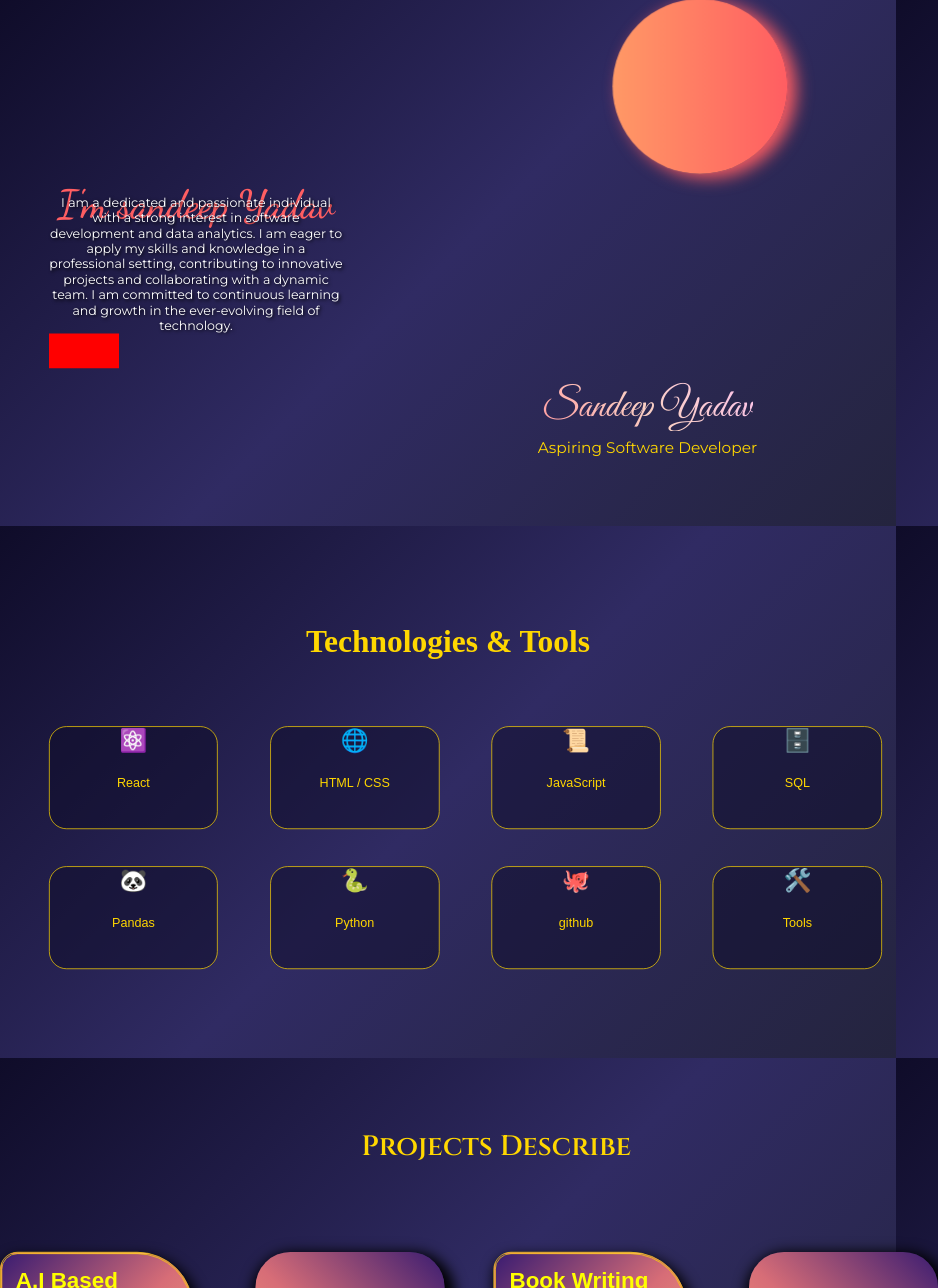
Repository: SandeepYadav18717/Sandeep_portfolio
Page: /
The author's editor kept a copy of each file at every save. The page is drawn from the files as they stood at one save, then again after a run of saves.
The browser window is 1280 px wide. The page is 1340 px wide, so the pictures cover 1340 px, including what lies to the right of the window. The pictures show the part of the page from y = 768 to 2608 px (the page is 3840 px tall before and 3790 px after), at 70% of full size.
The project was rebuilt for these pictures with package versions that can differ from the ones it lists, and the page was loaded fresh each time. Also part of the build but not shown: vite.config.js, src/index.css.

Above is the page before, as saved 2025-09-02 02:10:01.

### index.html
<<<<<<< HEAD
 <!DOCTYPE html>
<html lang="en">
<head>
    <meta charset="UTF-8">
    <meta name="viewport" content="width=device-width, initial-scale=1.0">
    <title>Portfolio - Sandeep Yadav</title>
    <style>
        body {
            margin: 0;
            font-family: 'Arial', sans-serif;
            background-color: #ffffff;
            color: #333333;
            height: 100vh;
            display: flex;
            flex-direction: column;
            justify-content: space-between;
        }

        .container {
            max-width: 1200px;
            margin: 0 auto;
            padding: 20px;
            flex: 1;
        }

        .navbar {
            display: flex;
            justify-content: space-between;
            align-items: center;
            padding: 20px;
            background-color: #f8f8f8;
            box-shadow: 0 4px 8px rgba(0, 0, 0, 0.1);
            animation: slideIn 1s ease-out;
        }

        .navbar ul {
            list-style: none;
            display: flex;
            gap: 20px;
        }

        .navbar ul li {
            display: inline;
        }

        .navbar ul li a {
            color: #333333;
            text-decoration: none;
            font-weight: bold;
            transition: color 0.3s;
        }

        .navbar ul li a:hover {
            color: #007bff;
        }

        .hero {
            text-align: center;
            padding: 100px 20px;
            background: linear-gradient(135deg, #f8f8f8, #ffffff);
            animation: fadeIn 2s ease-in-out;
            flex: 1;
        }

        .hero h1 {
            font-size: 3em;
            margin: 0;
            color: #007bff;
            animation: bounceIn 1.5s ease-in-out;
        }

        .hero p {
            font-size: 1.2em;
            margin: 20px 0;
            color: #333333;
            animation: fadeIn 2s ease-in-out;
        }

        .hero a {
            display: inline-block;
            padding: 10px 20px;
            color: #ffffff;
            background-color: #007bff;
            text-decoration: none;
            border-radius: 5px;
            transition: background-color 0.3s;
            animation: fadeIn 2s ease-in-out;
        }

        .hero a:hover {
            background-color: #0056b3;
        }

        .footer {
            text-align: center;
            padding: 20px;
            background-color: #f8f8f8;
            animation: slideIn 1s ease-out;
        }

        .footer a {
            color: #007bff;
            text-decoration: none;
        }

        @keyframes slideIn {
            from {
                transform: translateY(-100%);
                opacity: 0;
            }
            to {
                transform: translateY(0);
                opacity: 1;
            }
        }

        @keyframes fadeIn {
            from {
                opacity: 0;
            }
            to {
                opacity: 1;
            }
        }

        @keyframes bounceIn {
            0%, 20%, 40%, 60%, 80%, 100% {
                transform: translateY(0);
            }
            50% {
                transform: translateY(-20px);
            }
        }
    </style>
</head>
<body>
    <div class="container">
        <nav class="navbar">
            <div class="logo">
                <h1>Portfolio</h1>
            </div>
            <ul>
                <li><a href="index.html">Home</a></li>
                <li><a href="about sandeep.html">About</a></li>
                <li><a href="Sandeep port experience.html">Skills</a></li>
                <li><a href="Sandeep port certifications.html">Certificates</a></li>
            </ul>
        </nav>

        <section class="hero" id="home">
            <h1>Hello! I Am Sandeep Yadav</h1>
            <p>Welcome to my portfolio. Explore my work and skills.</p>

        </section>

        <footer class="footer">
            <p>Connect with me on <a href="https://instagram.com/sandeepyadav782707?utm_source=qr&igshid=ZDc4ODBmNjlmNQ%3D%3D">Instagram</a> and <a href="https://www.linkedin.com/in/sandeep-yadav-0b6357210">LinkedIn</a></p>
        </footer>
    </div>
</body>
</html>
=======
<!doctype html>
<html lang="en">
  <head>
    <meta charset="UTF-8" />
    <link rel="icon" type="image/svg+xml" href="/vite.svg" />
    <meta name="viewport" content="width=device-width, initial-scale=1.0" />
    <title>Vite + React</title>
  </head>
  <body>
    <div id="root"></div>
    <script type="module" src="/src/main.jsx"></script>
  </body>
</html>
>>>>>>> 4fd1c6c (Initial upload of React portfolio project)

### src/App.jsx
import { useEffect } from "react";
import Navbar from "./navbar/Navbar";
import Index from "./Pages/Index";
import Skills from "./Pages/Skills";
import Cards from "./Cards/Cards";
import Contact from "./Contact/contact";
import "./App.css";

function App() {
  useEffect(() => {
    const observer = new IntersectionObserver(
      (entries) => {
        entries.forEach((entry) => {
          if (entry.isIntersecting) {
            entry.target.classList.add("visible");
          } else {
            entry.target.classList.remove("visible");
          }
        });
      },
      { threshold: 0.2 } // 20% section visible hote hi trigger
    );

    document.querySelectorAll(".section").forEach((sec) => {
      observer.observe(sec);
    });

    return () => observer.disconnect();
  }, []);

  return (
    <>
      <Navbar />
      <section id="home" className="section"><Index /></section>
      <section id="skills" className="section"><Skills /></section>
      <section id="projects" className="section"><Cards /></section>
      <section id="contact" className="section"><Contact /></section>
    </>
  );
}

export default App;

### src/Navbar/Navbar.jsx
import "./Navabr.css";



import { useState,useEffect } from 'react'
function Navbar() {
  const [loaded, setLoaded] = useState(false);

  useEffect(() => {
    // Trigger animation when component mounts
    setLoaded(true);
  }, []);
  function About(){
    location.href = 'Home.jsx';
    console.log("clickedded");
  }
  function Project(){
    location.href = 'Cards.jsx';
    console.log("clicked");
  }

    return (
        <div id="container">
       <a href="#home" className="nav-item">Home</a>
        <a href="#skills" className="nav-item">Skills</a>
        <a href="#projects" className="nav-item">Projects</a>
        <a href="#contact" className="nav-item">Contact</a>
        </div>
    )
}

export default Navbar;

### src/Pages/Index.jsx

import "./Home.css";

function Home() {
  return (
    <>

     <div id="detail">
     <div id="overlay">I'm sandeep Yadav</div>
     <div id="bg-Photo"></div>
     <div id="intro">
          I am a dedicated and passionate individual with a strong interest in
          software development and data analytics. I am eager to apply my skills
          and knowledge in a professional setting, contributing to innovative
          projects and collaborating with a dynamic team. I am committed to
          continuous learning and growth in the ever-evolving field of
          technology.
      <div id="Linkdin">
        <div id="Linkdin">
          <div id="Linkdin">
        </div></div></div></div>


   <div id="name">
          Sandeep Yadav
        </div>
   <div id="role">
          Aspiring Software Developer
        </div>

     </div>
     <br/><br/><br/><br/><br/>
    </>
  );
}

export default Home;

### src/Pages/Skills.jsx
import { Card } from "../Cards/Cards"
import "./Skills.css"


function Skills() {
  return (
    <>
      <h1> Technologies & Tools</h1>
      <div id="card-skill">
        <Card
          className="card-skill-1"
          title={<h3>⚛️</h3>}
          description="React"
        />
        <Card
          className="card-skill-2"
          title={<h3>🌐</h3>}
          description="HTML / CSS"
        />
        <Card
          className="card-skill-3"
          title={<h3>📜</h3>}
          description="JavaScript"
        />
        <Card
          className="card-skill-4"
          title={<h3>🗄️</h3>}
          description="SQL"
        />
      </div>

      {/* another div line 2 */}
      <div id="card-skill">
        <Card
          className="card-skill-1"
          title={<h3>🐼</h3>}
          description="Pandas"
        />
        <Card
          className="card-skill-2"
          title={<h3>🐍</h3>}
          description="Python"
        />
        <Card
          className="card-skill-3"
          title={<h3>🐙</h3>}
          description="github"
        />
        <Card
          className="card-skill-4"
          title={<h3>🛠️</h3>}
          description="Tools"
        />
      </div>
    </>
  )
}

export default Skills;

### src/Cards/Cards.jsx
import "./Card.css";

function Card(props) {
  return (
    <div className={props.className}>
       {/* //<div className="card-1"> </div> */}
      <div className={props.backClass}>
        {/* //<div className="Back"> </div> */}
        <h3>{props.title}{props.icon}</h3>
          {/* title="Machine Learning Project" */}
        <p>{props.description}</p>
      </div>
    </div>
  );
}

function Cards() {
  return (
    <div>
    <text

        style={{

          color: "#FFD700",
        fontFamily: 'Cinzel',
          textAlign: "center",
          fontSize: "40px",
          marginTop: "25%",
          marginLeft:"40%"
        }}
      >
        Projects Describe
      </text>

      <div id="card-contain">
        {/* Card-1 */}
        <Card
        className="card-1"
        backClass="Back"
        title="A.I Based Project"
        description="Developed a back-end system using Python and pandas to automatically send
          tailored mass emails to more than 1000 recipients. Developed a user-friendly
          front-end   , CSS, and JavaScript, enabling users to upload
          files and extract over 100 email addresses. Successfully implemented logic to
          dynamically populate email templates, reducing 20% manual effort."
        />

        {/* Card-2 */}
        <Card
          className="card-2"
          backClass="Back-X"
          title="Machine Learning Based"
          description="Created a Supervised Learning model for Behavioral Pattern Recognition to
          effectively arrange and distribute time for more than 15 user tasks. 10% more
          user productivity and time savings were achieved through suggested performance
          enhancements and intelligent time allocation using HTML, CSS, JavaScript, and ML."
        />

        {/* Card-3 */}
        <Card
          className="card-3"
          backClass="Back"
          title="Book Writing Project"
          description="Co-authoring a technical book on Machine Learning (ML) concepts and applications with 1+ one or more faculty members.
 Using real-world examples in Python, I have written and organized more than 5 chapters on the basics of supervised learning techniques, such as linear regression.
"
        />

        {/* Card-4 */}
        <Card
          className="card-4"
          backClass="Back-X"
          title="Behavioral Pattern Recognition"
          description="Created a Supervised Learning model for Behavioral Pattern Recognition to
          effectively..."
        />
      </div>
    </div>
  );
}
export { Card };
export default Cards;

### src/Contact/contact.jsx
import { useState } from "react";
import "./contact.css";

function Contact() {
  const [name, setName] = useState("");
  const [Email, setEmail] = useState("");
  const [phone, setPhone] = useState("");
  function on(event){
    setName(event.target.value)

  }
   function email(event){
    setEmail(event.target.value)

  }
   function Phone(event){
    setPhone(event.target.value)

  }


  return (
    <>
    <div id="heading">Get in <span style={{color:"gold"}}>Touch</span> With Us
</div>
<br />
<div id="value">
      <input
        type="text"
        onChange={on}

        placeholder="Enter your name"
        className="input-box"
      /><br />
      {name}

      <br />

      <input
      className="input-box"
        type="email"
        onChange={email}
        placeholder="Enter your Email"
      /><br />
     Email is: {Email}
<br />
       <input
       className="input-box"
        type="Phone"
        onChange={Phone}

        placeholder="Enter your Phone number"
      />
      <br />
      Mobile No:{phone}
      <br />
    <br />

  <button >submit</button>
    </div>
    </>
  );
}


export default Contact;

### src/App.css
html { scroll-behavior: smooth; }

.section {
  min-height: 100vh;
  opacity: 0;
  transform: translateY(80px);
  transition: all 1.2s ease-in-out;
  transition-delay: 0.3s;
}

.section.visible {
  opacity: 1;
  transform: translateY(0);
}

### src/Navbar/Navabr.css
@import url('https://fonts.googleapis.com/css2?family=Press+Start+2P&display=swap');
html {
  scroll-behavior: smooth;
}
#container {
    height: 70px;
    width: 100%;
    display: flex;
    justify-content: space-evenly;
    align-items: center;
    font-family: 'Press Start 2P', cursive;
    color: #4e3940;
    background-color: transparent;
    transition: all 0.2s ease-in-out;
}
#container

.nav-item {
    padding: 10px 25px;
    border-radius: 10px;


    transition: all 0.4s ease;
}

#container .nav-item:hover {
    text-shadow: 2px 2px 5px whitesmoke;
    box-shadow: 0 10px 20px rgba(0,0,0,0.5);
    transform: translateY(-10px) scale(1.1);
    background-color:  #4e3940;
    color: whitesmoke;
    cursor: pointer;
}

body{
    background: linear-gradient(135deg,black);
    height: 100vh;
}

### src/Pages/Home.css
@import url('https://fonts.googleapis.com/css2?family=Great+Vibes&display=swap');
@import url("https://fonts.googleapis.com/css2?family=Dancing+Script:wght@600&display=swap");

#detail {
  position: relative;
  margin-top: 0%;
  height: auto;
  padding: 50px;
  display: flex;
  flex-direction: column;
  align-items: center;
}

#bg-Photo {
  height: 250px;
  width: 250px;
  background: linear-gradient(to right, #ff9966, #ff5e62);
  border-radius: 50%;
  margin-bottom: 30px;
  margin-left: 100vh;
  box-shadow: 12px 5px 25px #ff5e62;
  animation: photoSlide 1.5s ease forwards;
}

@keyframes photoSlide {
  from {
    transform: translateY(-200%);
    opacity: 0;
  }
  to {
    transform: translateY(0);
    opacity: 1;
  }
}


#name {
  font-family: 'Montserrat', sans-serif;
  font-size: 30px;
  color: white;
  margin-bottom: 10px;
  margin-left: 50%;
  animation: nameSlide 1.5s ease forwards;
}

@keyframes nameSlide {
  from {
    transform: translateX(-100%);
    opacity: 0;
  }
  to {
    transform: translateX(0);
    opacity: 1;
  }
}


#role {
  font-family: 'Montserrat', sans-serif;
  font-size: 22px;
  color: #ffd700;
  margin-bottom: 20px;
  animation: roleSlide 1.5s ease forwards;
  margin-left: 50%;
}

@keyframes roleSlide {
  from {
    transform: translateX(100%);
    opacity: 0;
  }
  to {
    transform: translateX(0);
    opacity: 1;
  }
}


#intro {
  font-family: 'Montserrat', sans-serif;
  font-size: 18px;
  color: white;
  text-align: center;
  margin-right: 100vh;
  max-width: 100vh;
  text-shadow: 2px 2px 5px black;
  animation: introSlide 2s ease forwards;
  opacity: 0;
}

@keyframes introSlide {
  from {
    transform: translateY(200%);
    opacity: 0;
  }
  to {
    transform: translateY(0);
    opacity: 1;
  }
}
#overlay {
  position: absolute;
  color:  #ff5e62;
  top: 40%;
  left: 5%;
  font-size: 400%;
  height: 100%;
}

#name {
  font-family: 'Great Vibes', cursive;
  font-size: 3.5rem;
  text-align: center;
  margin-top: 20px;


  background: linear-gradient(45deg, #ff9a9e, #fad0c4, #fbc2eb);
  background-clip: text;
  -webkit-text-fill-color: transparent;
}
#overlay{
   font-family:  'Dancing Script', cursive;
  font-size: 3.5rem;
  text-align: center;


}
#Linkdin{
  height:50px;
  width:100px;
  background-color: red;

}

### src/Pages/Skills.css
@import url("https://fonts.googleapis.com/css2?family=Monoton&display=swap");

html {
  scroll-behavior: smooth;
}
h1 {
  text-align: center;
  color: gold;

  margin-top: 20px;
  font-size: 250%;
  margin-top: 5%;
  font-family: 'Bebas Neue';
}
#card-skill {
  height: 200px;
  display: flex;

  align-items: center;
  gap:2%;
  border-radius: 20px;
  color: white;
  width:100%




}
.card-skill-1,.card-skill-2,.card-skill-3,.card-skill-4{
    background-color:  rgba(15, 12, 41, 0.7);
    border: 1px solid gold;
    height:145px;
    width:250px;
    background: rgba(15, 12, 41, 0.5);
    border-radius: 25px;
    margin-left: 4%;
    margin-top: 5%;
    text-align: center;
    color: #ffd700


 ;


}
.card-skill-1:hover,.card-skill-2:hover,.card-skill-3:hover,.card-skill-4:hover,.card-skill.h3:hover{
    border-color: #ffd700;
    box-shadow: 10px 15px 15px rgba(255, 215, 0, 0.2),  0 2.5px 5px crimson;
    transform: scale(1.3);
    border:2px, double ,gold;

}
.card-skill.h3 {
  color: yellow;
  background: transparent;
  display: inline-block;
  font-size: 20px;
  transition: transform 0.3s ease, color 0.3s ease;
  height: 35px;
  width:250px;
}

### src/Cards/Card.css
@import url('https://fonts.googleapis.com/css2?family=Montserrat:wght@400;700&display=swap');
@import url('https://fonts.googleapis.com/css2?family=Cinzel:wght@600&display=swap');

.aesthetic-heading {
  font-family: 'Cinzel', serif;
  font-size: 65px;
  letter-spacing: 4px;
  color: #e0c097;
  text-align: center;
  margin-top: 50px;
  text-shadow: 2px 2px 15px rgba(224, 192, 151, 0.6);
}

#card-contain{
    display: flex;

    height:250px;
    margin-top: 10%;
    justify-content: center;
    border-radius: 25px;
    gap:4%



}


.Back {
  background: linear-gradient(135deg, #3a1c71, #d76d77, #ffaf7b);
  height: 250px;
  width: 250px;
  border-radius: 25px 80px 25px  80px;
  border: 3px double gold;
   margin-left: 0px;
   padding-left: 20px;
   padding-top: 20px;
  transition: transform 0s ease;
  box-shadow: 5px 10px 18px 5px black ;
  animation: card 1s ease-in-out 0s;

}
@keyframes card {
  0%{
    transform: scale(0.5);
    opacity: 0;


  }


  100%{
    transform: scale(1);
    opacity: 200;
  }

}

.Back:hover {
 transform: rotateY(180deg);
 height:400px;
 color: wheat;
  background: linear-gradient(135deg, #0f0c29, #302b63, #24243e);
  border: 3px solid gold;
  box-shadow: 5px 10px 18px  crimson;
  font-family:'Montserrat' ;
}

.Back-X {
  background: linear-gradient(-135deg, #3a1c71, #d76d77, #ffaf7b);
  height: 250px;
  width: 250px;
  padding-left: 20px;
  padding-top: 50px;
  border-radius: 50px;
   margin-left: 0px;
  transition: transform 0s ease;
  box-shadow: 5px 10px 18px 10px black;


}
.Back-X:hover {
  transform: rotateX(180deg);
 height:400px;
 padding-top: 20px;
 color: wheat;
  background: linear-gradient(135deg, #0f0c29, #302b63, #24243e);
  border: 3px solid gold;
  box-shadow: 5px 10px 18px  crimson;
  font-family:'Montserrat' ;



}

.card-1,.card-3  {
  border-radius: 25px;
  height: 250px;
   margin-left: 40px;
  color: transparent;
  transition: transform 1s ease;


}
.card-1:hover {
  transform: rotateY(180deg);


}


.card-2,.card-4 {

  height: 450px;
  width: 250px;
  border-radius: 25px;
   margin-left: 40px;
  transition: transform 1s ease;
  color: transparent;

}

.card-2:hover {
  transform: rotatex(180deg);

}


.card-3:hover {
  transform: rotateY(180deg);
   color: wheat;
}

.card-4:hover {
  transform: rotateX(180deg);

}
body{
 background: linear-gradient(135deg, #0f0c29, #302b63, #24243e);
            color: #f8f8f8;
            min-height: 100vh;
            padding: 20px;
}
h3{
  color: yellow;
  font-size: xx-large;
  margin-top:0% ;
}
h3:hover{
  color: yellow;

  margin-top:0% ;
}
p{
  margin-top: 0%;
}

### src/Contact/contact.css
html {
  scroll-behavior: smooth;
}

body{
    background-color: azure;
    color: aqua;
    font-size: large;
}
.input-box {
             display: inline-flex;
            align-items: center;
            gap: 15px;
            margin-top: 2%;
            padding: 18px 40px;
            background: linear-gradient(135deg, var(--gold) 0%, #B8860B 100%);
            color: var(--dark);
            border: none;
            font-weight: 600;
            border-radius: 2px;
            transition: var(--transition);
            box-shadow: 0 10px 30px rgba(212, 175, 55, 0.3);
            cursor: pointer;



}
@keyframes input {
   25% {
    transform: translateY(-1225px);
  }
  50% {
    transform: translateZ(100px) translateY(100px);
  }
  75% {
    transform: translateZ(1225px);
  }
}


.input-box:focus {
  border-color: #007bff;
  box-shadow: -4px 15px 25px rgba(240, 241, 243, 0.5);
  width: 500px;

}
button{
    display: inline-flex;
            align-items: center;

            gap: 15px;
            padding: 18px 40px;
            background: linear-gradient(to right, #ff9966, #ff5e62);
            color: Gold;
            border: yellow;
            font-weight: 600;
            border-radius: 2px;
            transition: var(--transition);
            box-shadow: 0 10px 30px rgba(212, 175, 55, 0.3);
            cursor: pointer;
}
button:hover{
     transform: translateY(-3px);
            box-shadow: 0 15px 40px rgba(212, 175, 55, 0.4);
}
#heading{
    font-size: xxx-large;
    color:  #f9dcdc;
    text-shadow: 1px 1px 4px  gold;
    text-align: center;
}

Loaded but not shown: src/main.jsx (common file)

After the next 2 saves:
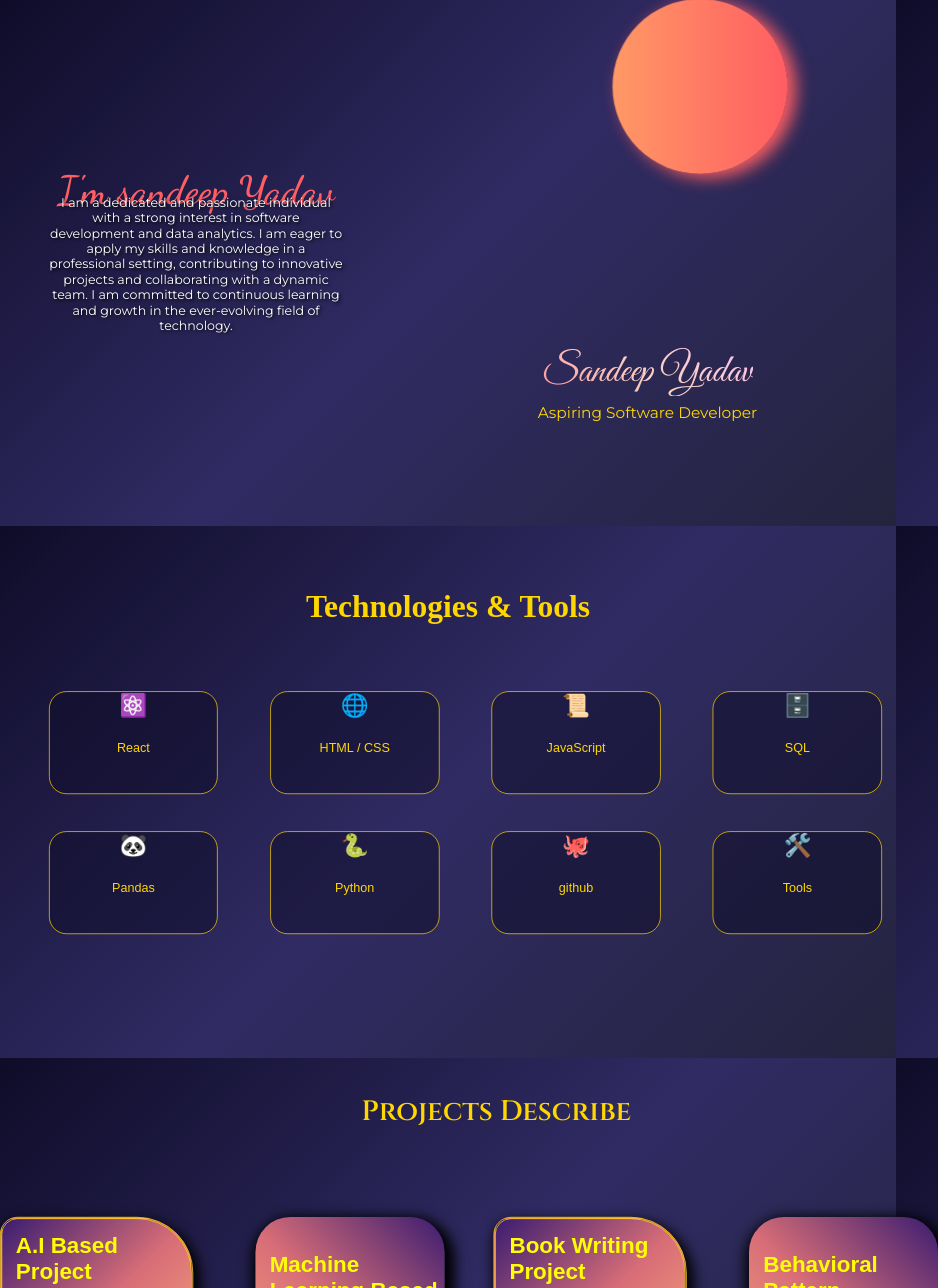
The 2 saves are shown as one change because 1 did not build or start.
The last was saved 10 s later.
--- a/src/Pages/Index.jsx
+++ b/src/Pages/Index.jsx
@@ -15,10 +15,8 @@ function Home() {
           projects and collaborating with a dynamic team. I am committed to
           continuous learning and growth in the ever-evolving field of
           technology.
-      <div id="Linkdin">
-        <div id="Linkdin">
-          <div id="Linkdin">
-        </div></div></div></div>
+
+        </div>
 
 
    <div id="name">
